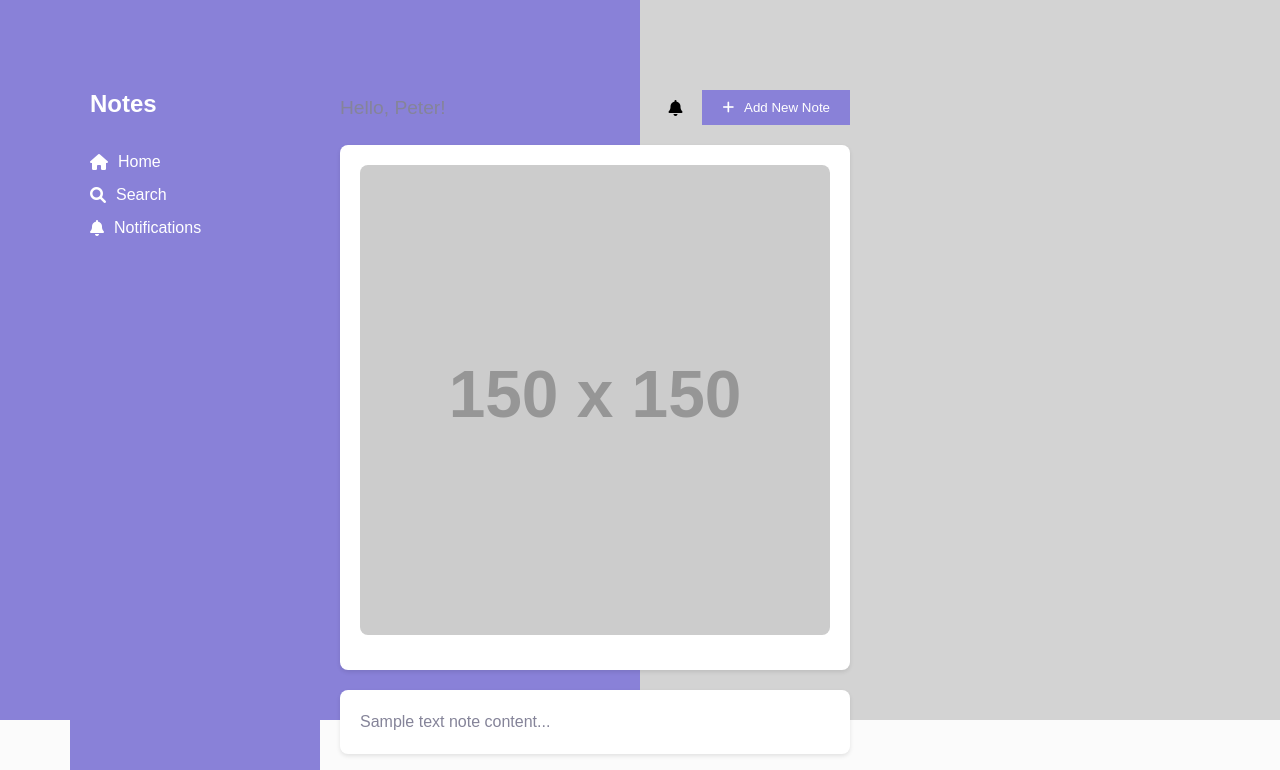
Repository: SatenikGabrielyan/HTML_CSS-_Assignment
Page: index.html
These files come from the project's save history. The page is drawn as it stood at one moment and after a run of saves; the edit follows.
The browser window is 1280 px wide. The pictures show the whole page.
An inner scrolling area shows only its first screen.

Above is the page before, as saved 2025-03-17 00:28:25.

After the next 2 saves:
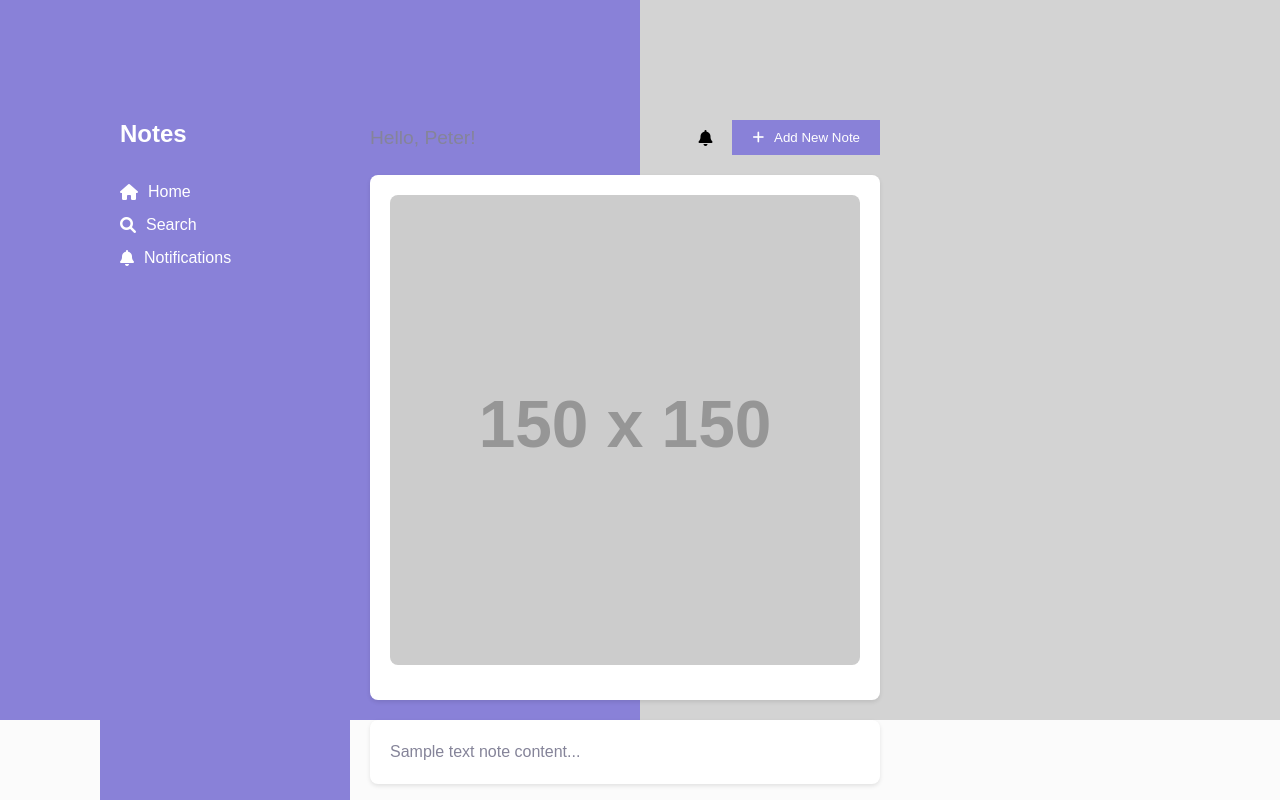
The 2 saves are shown as one change because they came seconds apart.
The last was saved 18 s later.
--- a/style.css
+++ b/style.css
@@ -45,7 +45,7 @@
     display: flex;
     width: 800px;
     height: 700px;
-    margin: 70px;
+    margin: 100px;
     box-shadow: 10px lightgray;
 
     /* background: center; */
